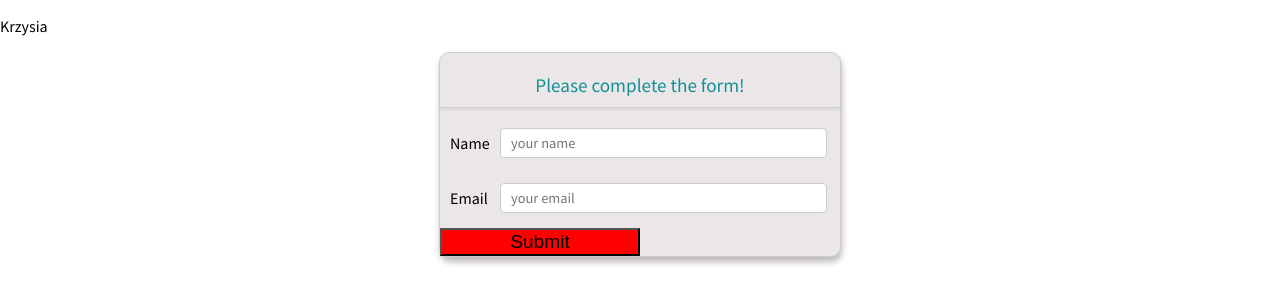
Repository: KrzysKolo/sr_tydzien4_zad2
Page: /
The author's editor kept a copy of each file at every save. The page is drawn from the files as they stood at one save, then again after the next save.
The browser window is 1280 px wide. The pictures show the whole page.
The project was rebuilt for these pictures with package versions that can differ from the ones it lists, and the page was loaded fresh each time. Also part of the build but not shown: src/components/formComponents/ErrorMessage.js.

Above is the page before, as saved 2020-11-27 17:03:30.

### src/index.css
@import url("https://fonts.googleapis.com/css?family=Source+Sans+Pro");
body {
  margin: 0;
  font-family: "Source Sans Pro", sans-serif;
}

code {
  font-family: source-code-pro, Menlo, Monaco, Consolas, "Courier New",
    monospace;
}

### src/App.js
import React from 'react'
import Form from './components/Form';

function App() {
  return (
    <div>
      <p>Krzysia</p>
      <Form />
    </div>
  )
}

export default App

### src/components/Form.js
import React, { Component } from 'react';
import Input from './formComponents/Input';
import Button from './formComponents/Button';
import Header from './formComponents/Header';
import styled from 'styled-components';

const ContainerForm = styled.form`
width: 80%;
max-width: 400px;
background: rgb(235, 231, 232);
border: 1px solid rgb(206, 204, 204);
border-radius: 10px;
box-shadow: 1px 5px 6px rgb(189, 185, 189);
margin: 0 auto;
`;

class Form extends Component {

state = {
    Name: '',
    Email: '',
    message: '',
    errors: {
        Name: false,
        Email: false,
        }
}
message = {
    Name_incorrect: "Nazwa musi być dłuższa niż 5 znaków i nie może zawierać spacji",
    Email_incorrect: "Brak @ lub adres zawiera spacje",
}

handleChange = e =>{
    const inputName = e.target.name;
    const type = e.target.type
    if(type === "text" || type === "email") {
        const value = e.target.value;
        this.setState({
            [inputName] : value,
        })
    }
}
onSubmit = e => {
    e.preventDefault();
    const validation = this.formValidation();
    if(validation.correct) {
      this.setState({
        Name: "",
        Email: "",
        message: "Formularz został wysłany",
        errors: {
          Name: false,
          Email: false,
        }
      })
      console.log(this.state.message);
    } else {
      this.setState({
        errors: {
          Name: !validation.Name,
          Email: !validation.Email,
        }
      })
    }
}

formValidation = () => {
    let Name = false;
    let Email = false;
    let correct = false;
    if(this.state.Name.length > 5) {
      Name = true;
    }
    if(this.state.Email.indexOf('@') !== -1 && this.state.Email.lastIndexOf(' ') === -1) {
      Email = true;
    }
    if (Name && Email){
        correct = true;
      }
   return ({
      Name,
      Email,
      correct,

    })

  }

    render () {

    return (
        <ContainerForm onSubmit={this.onSubmit} noValidate>
          <Header />
          <Input type="text" placeholder="your name" value={this.state.Name} name="Name" onChange={this.handleChange} errorInfo={this.state.errors.Name} message={this.message.Name_incorrect} />
          <Input type="email" placeholder="your email" value={this.state.Email} name="Email" onChange={this.handleChange} errorInfo={this.state.errors.Email} message={this.message.Email_incorrect} />
          <Button type="submit" />
          {this.state.message && <p>{this.state.message}</p>}
        </ContainerForm>
    )
    }
}

export default Form

### src/components/formComponents/Input.js
import React from 'react'
import styled from 'styled-components';
import ErrorMessage from './ErrorMessage';
const InputDiv = styled.div`
    display: flex;
    flex-direction: row;
    align-content: center;
    margin: 5px auto;
    padding-top: 10px;
`;
const InputLabel = styled.label`
    width: 10%;
    font-size: 1rem;
    padding: 5px 10px;
`;
const inputStyles = errorInfo => `
    width: 80%;
    max-width: 305px;
    padding: 5px 10px;
    border: 1px solid ${errorInfo ? '#d3170d' : '#ccc'};
    border-radius: 4px;
    font-family: inherit;
    font-size: 0.9rem;
    ${!errorInfo && 'margin-bottom: 10px;'}
`;
const InputError = styled.input`
    ${props => inputStyles(props.errorInfo)}
`;

const Input = (props) => {
    const { name, message, errorInfo }= props;
    return (
        <>
            <InputDiv>
                <InputLabel>{name} </InputLabel>
                <InputError {...props} errorInfo={errorInfo} message={message}/>
            </InputDiv>
            {errorInfo && <ErrorMessage message={message} /> }
        </>
    )

}

export default Input

### src/components/formComponents/Button.js
import React from 'react'
import styled from 'styled-components';

const BtnSubmit = styled.button`
 width: 200px;
 background: red;
 font-size: 1.2rem;
`;

const Button = () => {
    return (
        <BtnSubmit>Submit</BtnSubmit>
    )
}

export default Button;

### src/components/formComponents/Header.js
import React from 'react';
import styled from 'styled-components';

const HeaderTitle = styled.header`
    border-bottom: 1px solid rgb(206, 204, 204);
    box-shadow: 0 2px 2px rgba(189, 185, 189, 0.4);
    color: rgb(19, 144, 150);
    font-size: 1.2rem;
    font-wight: 900;
    padding: 10px;
    margin: 10px auto;
    text-align: center;

`;

const Header = () => {
    return (
        <HeaderTitle>
            Please complete the form!
        </HeaderTitle>
    )
}

export default Header;

Loaded but not shown: public/index.html (common file); src/index.js (common file)

After the next save:
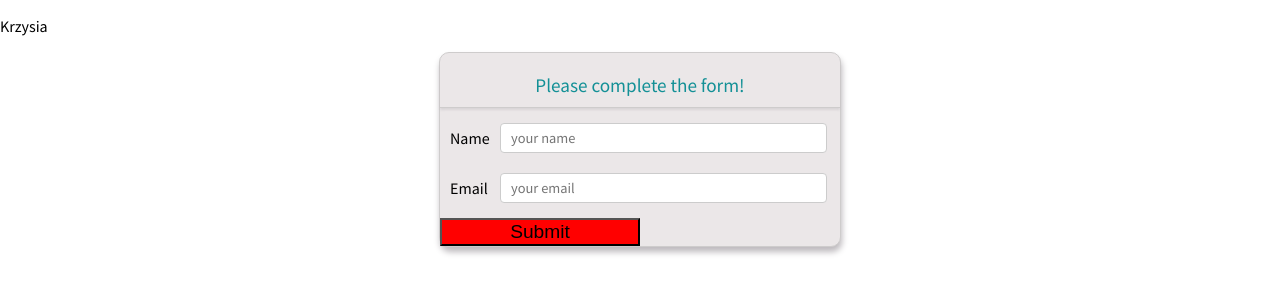
Saved 15 s later.
--- a/src/components/formComponents/Input.js
+++ b/src/components/formComponents/Input.js
@@ -6,7 +6,7 @@ const InputDiv = styled.div`
     flex-direction: row;
     align-content: center;
     margin: 5px auto;
-    padding-top: 10px;
+    padding-top: 5px;
 `;
 const InputLabel = styled.label`
     width: 10%;
